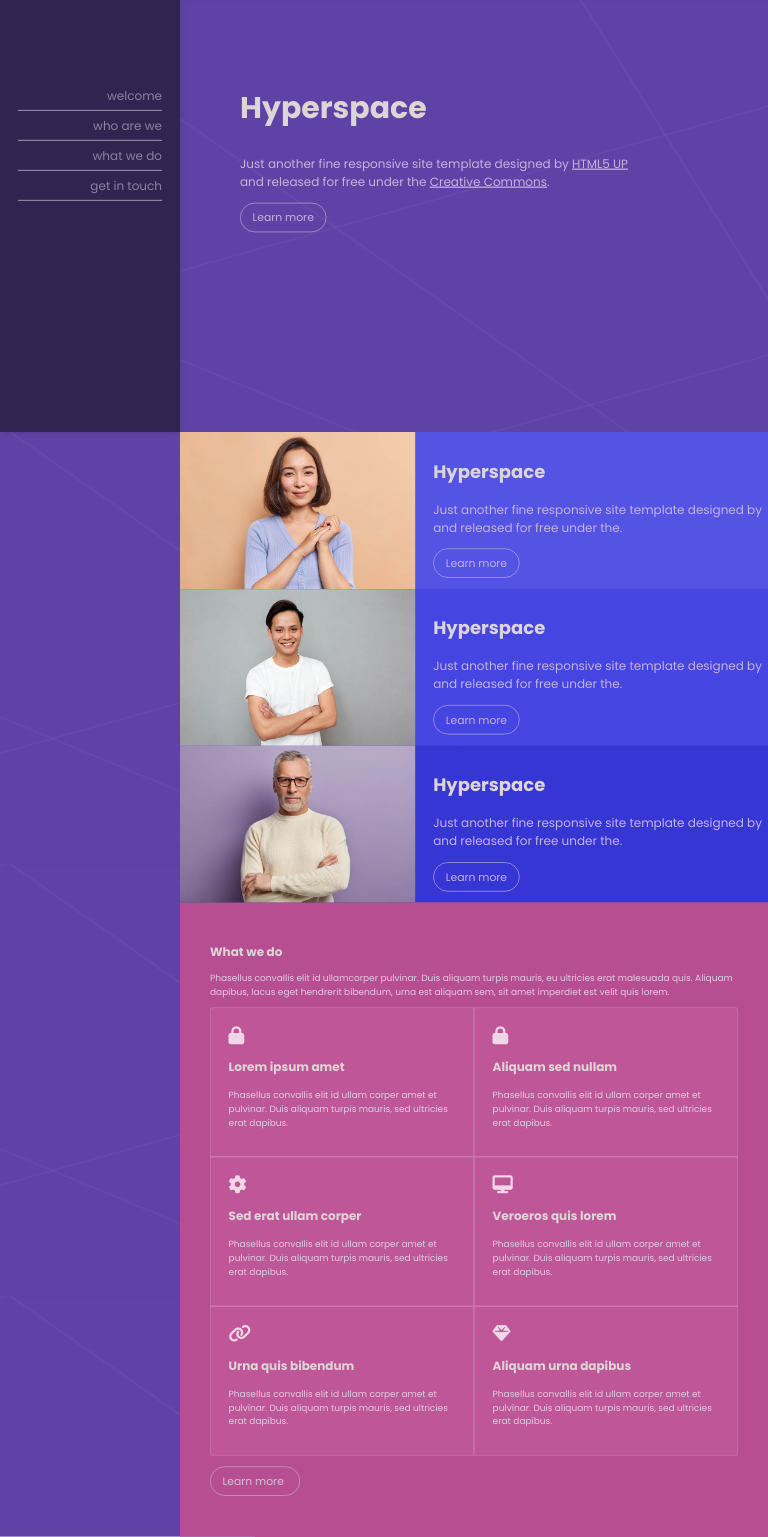
Repository: zai31/KIMIT_Tasks
Page: JsSession8/index.html
An editor plug-in stored every save of this project. The page is shown before and after the next save, followed by the edit.
The browser window is 1280 px wide. The pictures show the whole page, at 60% of full size.
Backgrounds fixed to the window are drawn as part of the page.

Above is the page before, as saved 2025-09-15 21:22:47.

### JsSession8/index.html
<!DOCTYPE html>
<html lang="en">
<head>
    <meta charset="UTF-8">
    <meta name="viewport" content="width=device-width, initial-scale=1.0">
    <link rel="stylesheet" href="./css/style.css">
	<link href="https://cdnjs.cloudflare.com/ajax/libs/font-awesome/6.5.2/css/all.min.css" rel="stylesheet">

    <title>Responsive</title>
</head>

<body>
    <section  class="flex-section">
        <div class="menu">
        <ul>
            <li><a href="#">welcome</a></li>
            <li><a href="#">who are we</a></li>
            <li><a href="#">what we do</a></li>
            <li><a href="#">get in touch</a></li>
        </ul>
</div>
<div class="section">
    <div class="content">
      <div class="intro">
							<h1>Hyperspace</h1>
							<p>Just another fine responsive site template designed by <a href="https://html5up.net">HTML5 UP</a><br>
							and released for free under the <a href="https://html5up.net/license">Creative Commons</a>.</p>
							<button>Learn more</button>

						</div>
    <div class="overview">
        <div class="s" style="background-color: rgb(83, 83, 228);">
           <img src="./images/1.jpg" alt="">

							<div ><h1>Hyperspace</h1>
                                <p>Just another fine responsive site template designed by
							and released for free under the.</p>
							<button>Learn more</button></div>
        </div>
        <div class="s" style="background-color: rgb(69, 69, 226);">
            <img src="./images/2.jpg" alt="">
							<div >
                                           	<h1>Hyperspace</h1>
<p>Just another fine responsive site template designed by
							and released for free under the.</p>
							<button>Learn more</button></div>
        </div>
        <div class="s" style="background-color: rgb(54, 54, 213);">
            <img src="./images/3.jpg" alt="">
							<div >
                                           	<h1>Hyperspace</h1>
<p>Just another fine responsive site template designed by
							and released for free under the.</p>
							<button>Learn more</button></div>
        </div>
    <div class="what">
							<h2>What we do</h2>
							<p>Phasellus convallis elit id ullamcorper pulvinar. Duis aliquam turpis mauris, eu ultricies erat malesuada quis. Aliquam dapibus, lacus eget hendrerit bibendum, urna est aliquam sem, sit amet imperdiet est velit quis lorem.</p>
							<div class="features">
								<section style="border-radius:5px 0px 0px 0 ;">
									<span style="color: rgba(255, 255, 255, 0.759); font-size: 30px;" class="fa-solid fa-lock"></span>
									<h3>Lorem ipsum amet</h3>
									<p>Phasellus convallis elit id ullam corper amet et pulvinar. Duis aliquam turpis mauris, sed ultricies erat dapibus.</p>
								</section>
								<section style="border-radius:0 5px 0px 0 ;">
									<span style="color: rgba(255, 255, 255, 0.759); font-size: 30px;" class="fa-solid fa-lock"></span>
									<h3>Aliquam sed nullam</h3>
									<p>Phasellus convallis elit id ullam corper amet et pulvinar. Duis aliquam turpis mauris, sed ultricies erat dapibus.</p>
								</section>
								<section>
									<span style="color: rgba(255, 255, 255, 0.759); font-size: 30px;" class="fa-solid  fa-cog"></span>
									<h3>Sed erat ullam corper</h3>
									<p>Phasellus convallis elit id ullam corper amet et pulvinar. Duis aliquam turpis mauris, sed ultricies erat dapibus.</p>
								</section>
								<section>
									<span style="color: rgba(255, 255, 255, 0.759); font-size: 30px;" class="fa-solid fa-desktop"></span>
									<h3>Veroeros quis lorem</h3>
									<p>Phasellus convallis elit id ullam corper amet et pulvinar. Duis aliquam turpis mauris, sed ultricies erat dapibus.</p>
								</section>
								<section style="border-radius:0 0px 0px 5px  ;">
									<span class="fa-solid fa-link" style="color: rgba(255, 255, 255, 0.759); font-size: 30px;"></span>
									<h3>Urna quis bibendum</h3>
									<p>Phasellus convallis elit id ullam corper amet et pulvinar. Duis aliquam turpis mauris, sed ultricies erat dapibus.</p>
								</section>
								<section style="border-radius:0 0px 5px 0 ;">
									<span class="fa-solid fa-gem" style="color: rgba(255, 255, 255, 0.759); font-size: 30px;" ></span>
									<h3>Aliquam urna dapibus</h3>
									<p>Phasellus convallis elit id ullam corper amet et pulvinar. Duis aliquam turpis mauris, sed ultricies erat dapibus.</p>
								</section>
							</div>
							<ul class="actions">
								<li style="list-style: none;"><a href="generic.html" class="button" style="text-decoration: none; color: thistle;">Learn more</a></li>
							</ul>

    </div>
                        </div>
                        </div>
                    </section>
</body>
</html>

### JsSession8/CSS/style.css
@import url("https://fonts.googleapis.com/css2?family=Poppins:ital,wght@0,100;0,200;0,300;0,400;0,500;0,600;0,700;0,800;0,900;1,100;1,200;1,300;1,400;1,500;1,600;1,700;1,800;1,900&display=swap");

* {
    box-sizing: border-box;
    font-family: "Poppins", sans-serif;
}

:root {
    --sidebar-color: #312450;
    --primary-color: #5e42a6;
    --secondary-color: #b74e91;
    --section-bg-color: #c7b2dc;
    --dark-color: #000000;
    --navbar-bg-color: #273053;
    --p-color: #717275;
    --highlight-icon-color: #ff0100;
    --main-transition: 0.5s all ease-in-out;
}


html,
body {
    height: 100%;
    margin: 0;
    padding: 0;
}

.flex-section {
    display: flex;
    flex-direction: row;

}

/*side bar*/
.flex-section .menu {
    min-height: 100vh;
    /* ensures sidebar spans at least the full screen */
    height: auto;
    /* lets it grow with content */
    width: 300px;
    top: 0;
    left: 0;
    position: fixed;
    background-color: var(--sidebar-color);
    padding: 145px 30px;
    box-shadow: 0 0 10px rgba(0, 0, 0, 0.1);
}

.flex-section .menu ul {
    list-style: none;
    padding: 0;
    margin: 0;
    text-align: right;
}

.flex-section .menu ul li {
    margin-bottom: 10px;
    font-size: 20px;
    position: relative;
    /* needed for ::after positioning */
    padding-bottom: 10px;
}

.flex-section .menu ul li a {
    text-decoration: none;
    color: #8b82a1;

}

.flex-section .menu ul li::after {
    content: "";
    position: absolute;
    left: 0;
    bottom: 0;
    width: 100%;
    /* stick to the bottom */
    height: 2px;
    background-color: #8b82a1;
    /* thickness of underline */
    transition: width 0.3s ease;
}

/*use js*/
.flex-section .menu ul li a:hover::after {
    width: 100%;
    /* expand underline on hover */
}


.flex-section .menu ul li a:hover {
    color: #b5b8bf;
}

.flex-section .menu ul li a:active {
    color: #5e42a6;
}

.flex-section .menu ul li a:active::after {
    background: linear-gradient(to right, #4b0082, #8b00ff, #981196);
}






/*content first section */
.flex-section .section {
    flex: 1;
    background-color: var(--section-bg-color);
    background-attachment: fixed;
    background-image: url("../assets/css/images/Screenshot\ 2025-09-15\ 075920.png");
    background-position: top right;
    background-repeat: no-repeat;
    background-size: 100% 100%;
    padding-left: 300px;
}

.flex-section .section .content {
    display: flex;
    flex-direction: column;
    width: 100%;
}

.flex-section .section .content .intro {
    padding: 100px;
    width: 100%;
    height: 100vh;
}

.flex-section .section .content .intro h1 {
    color: rgb(221, 213, 213);
    font-size: 50px;
}

.flex-section .section .content .intro p,
.flex-section .section .content .intro a {
    color: var(--section-bg-color);
    font-size: 20px;
}

.flex-section .section .content .intro a:hover {
    color: #fefefe;
    text-decoration: none;
}

.flex-section .section .content .intro button {
    color: var(--section-bg-color);
    background-color: transparent;
    border: 1px solid var(--section-bg-color);
    padding: 10px 20px;
    border-radius: 25px;
    cursor: pointer;
    text-decoration: none;
    font-size: 18px;
}

.flex-section .section .content .intro button:hover {
    background-color: #6f54b6;
}




/*content second section */

.flex-section .section .content .overview .s {
    display: flex;
    flex-direction: row;
    align-items: center;
    gap: 30px;
}

.flex-section .section .content .overview .s h1 {
    color: rgb(221, 213, 213);
    font-size: 30px;
}

.flex-section .section .content .overview .s p {
    color: var(--section-bg-color);
    font-size: 20px;
}

.flex-section .section .content .overview .s button {
    color: var(--section-bg-color);
    background-color: transparent;
    border: 1px solid var(--section-bg-color);
    padding: 10px 20px;
    border-radius: 25px;
    cursor: pointer;
    text-decoration: none;
    font-size: 18px;
}

.flex-section .section .content .overview .s button:hover {
    background-color: rgb(77, 77, 246);
}

.flex-section .section .content .overview .s img {
    width: 40%;
}

/*what section*/

.flex-section .section .content .what {
    padding: 50px;
    width: 100%;
    background-color: var(--secondary-color);
}

.flex-section .section .content .what h3,
.flex-section .section .content .what h2 {
    color: rgb(221, 213, 213);
    font-size: 20px;
}
.flex-section .section .content .what p {
    color: #e0cee1;
    font-size: 15px;
}

.flex-section .section .content .what .features{
    display: flex;
    flex-direction: row;
    flex-wrap: wrap;
    background-color: #be5698;


}
.flex-section .section .content .what .features section {
 flex: 1 1 50%;     /* grow/shrink, ~half width with gap */
 border: 0.5px solid rgba(255, 255, 255, 0.248);
 box-sizing: border-box;
 padding: 30px;

}
.flex-section .section .content .what .actions {
   color: var(--section-bg-color);
    background-color: transparent;
    border: 1px solid var(--section-bg-color);
    padding: 10px 20px;
    border-radius: 25px;
    cursor: pointer;
    text-decoration: none;
    font-size: 18px;
    width: 150px;
}

.flex-section .section .content .what .actions:hover {
    background-color: rgb(212, 107, 177);
}

After the next save:
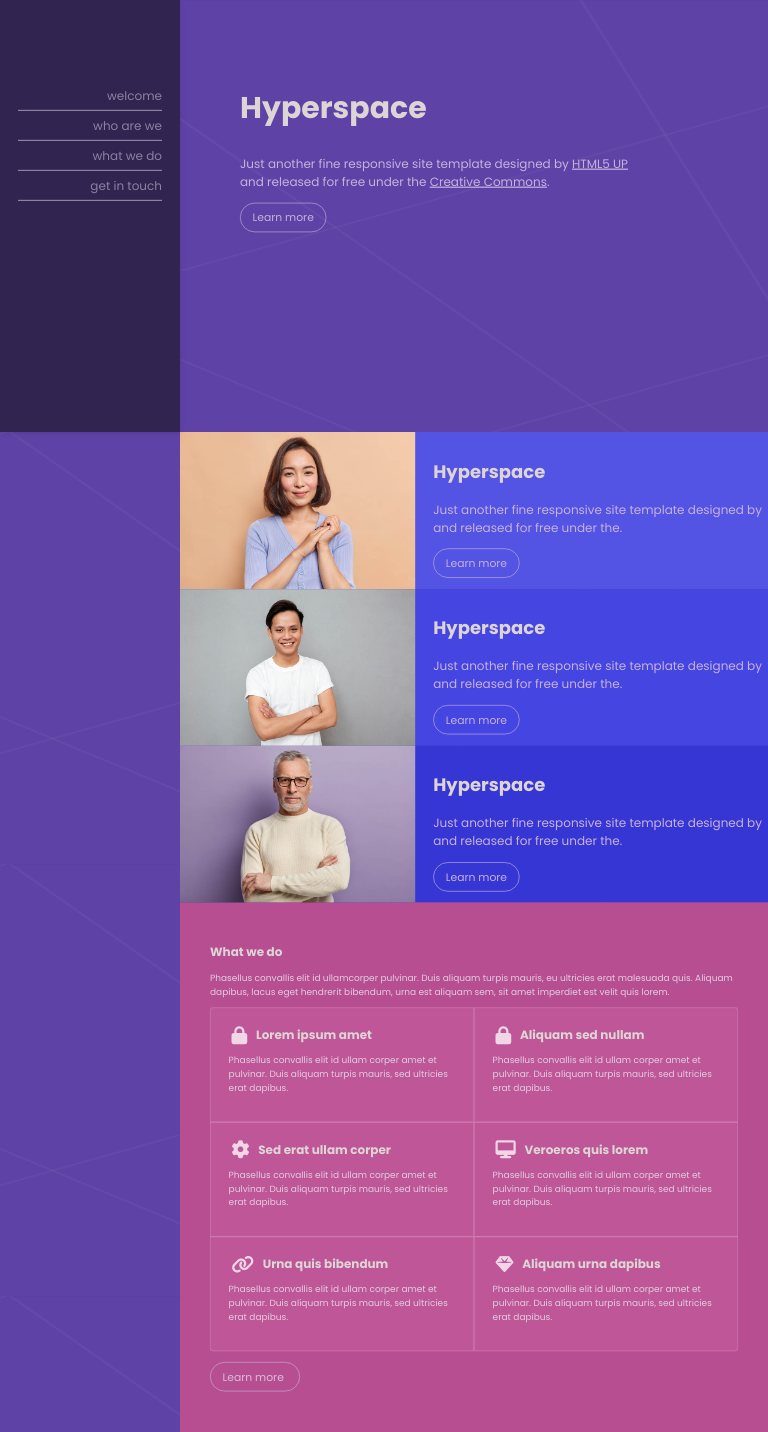
Saved 2 min 33 s later.
--- a/JsSession8/CSS/style.css
+++ b/JsSession8/CSS/style.css
@@ -248,3 +248,9 @@ body {
 .flex-section .section .content .what .actions:hover {
     background-color: rgb(212, 107, 177);
 }
+.features section span,
+.features section h3 {
+  display: inline-block;
+  vertical-align: middle;
+  margin: 0 5px;
+}
